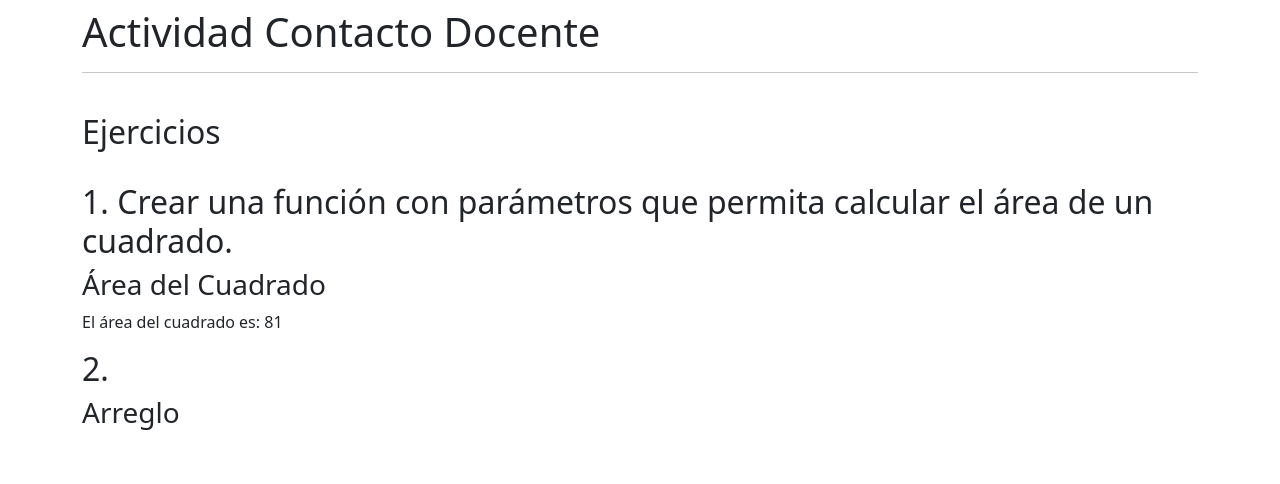
Repository: Jchimbo99/Actvidad1
Page: / (app in typescript-actividad/)
These files come from the project's save history. The page is drawn as it stood at one moment and after the next save; the edit follows.
The browser window is 1280 px wide. The pictures show the whole page.
The project was rebuilt for these pictures with package versions that can differ from the ones it lists, and the page was loaded fresh each time. Also part of the build but not shown: typescript-actividad/vite.config.ts.

Above is the page before, as saved 2025-01-22 20:37:32.

### typescript-actividad/index.html
<!doctype html>
<html lang="en">
  <head>
    <meta charset="UTF-8" />
    <link rel="icon" type="image/svg+xml" href="/vite.svg" />
    <meta name="viewport" content="width=device-width, initial-scale=1.0" />
    <link href="https://cdn.jsdelivr.net/npm/bootstrap@5.3.3/dist/css/bootstrap.min.css" rel="stylesheet" integrity="sha384-QWTKZyjpPEjISv5WaRU9OFeRpok6YctnYmDr5pNlyT2bRjXh0JMhjY6hW+ALEwIH" crossorigin="anonymous">

    <title>Activididad Jch</title>
  </head>
  <body class="container">
    <div id="root"></div>
    <script type="module" src="/src/main.tsx"></script>
  </body>
</html>

### typescript-actividad/src/App.tsx
import { AreaCuadrado } from "./typescript/AreaCuadrado";
import { Arreglo } from "./typescript/Arreglo";

export const App = () => {
  return (

    <div className="mt-2">
      <h1>Actividad Contacto Docente</h1>
      <hr />
      <br />
      <h2>Ejercicios</h2>
      <br />

      <AreaCuadrado/>
      <h2>2.</h2>
      <Arreglo/>
      </div>
  )
}


export default App;

### typescript-actividad/src/typescript/AreaCuadrado.tsx
export const AreaCuadrado = () => {
    const lado = 9;
    const area = lado * lado;

    return (
        <div>

            <h2>1.	Crear una función con parámetros que permita calcular el área de un cuadrado.</h2>
            <h3>Área del Cuadrado</h3>
            <p>El área del cuadrado es: {area}</p>
        </div>
    );
}

### typescript-actividad/src/typescript/Arreglo.tsx


export const Arreglo = () => {
  return (
    <div>
        <h3>Arreglo</h3></div>
  )
}

Loaded but not shown: typescript-actividad/src/main.tsx (common file)

After the next save:
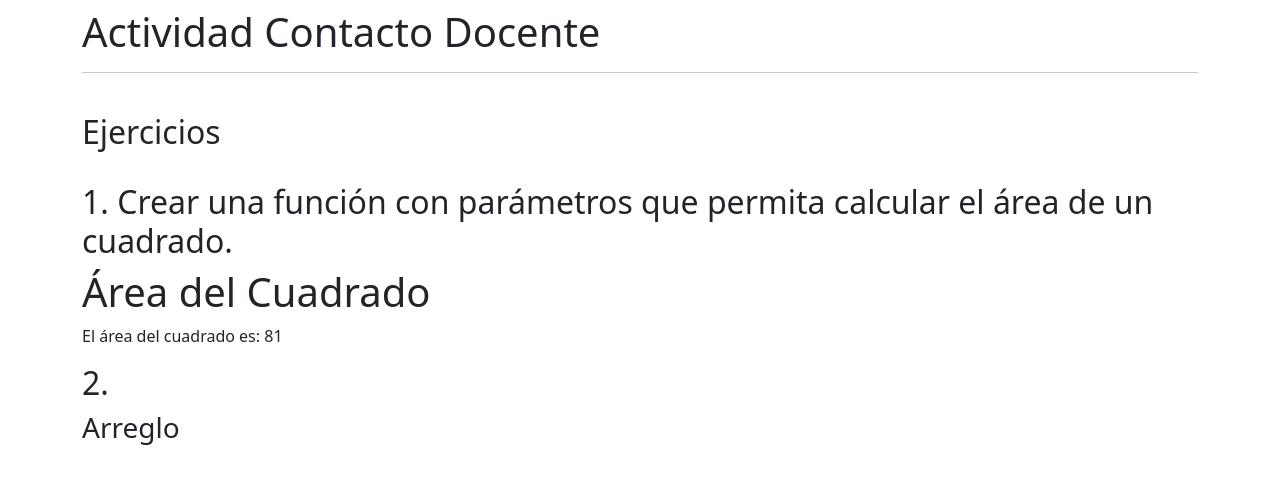
Saved 13 s later.
--- a/typescript-actividad/src/typescript/AreaCuadrado.tsx
+++ b/typescript-actividad/src/typescript/AreaCuadrado.tsx
@@ -6,7 +6,7 @@ export const AreaCuadrado = () => {
         <div>
 
             <h2>1.	Crear una función con parámetros que permita calcular el área de un cuadrado.</h2>
-            <h3>Área del Cuadrado</h3>
+            <h1>Área del Cuadrado</h1>
             <p>El área del cuadrado es: {area}</p>
         </div>
     );
